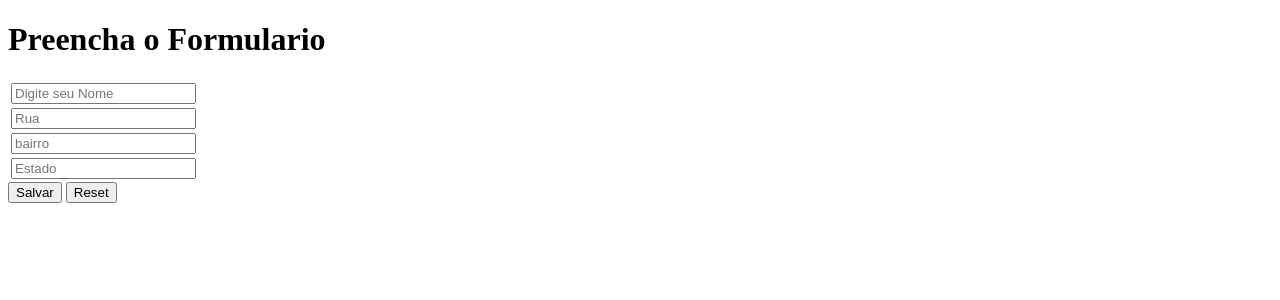
Repository: Fabio2000/Faculdade-Projetos
Page: http://localhost/exercicios/formulario.jsp
These files come from the project's save history. The page is drawn as it stood at one moment and after the next save; the edit follows.
The browser window is 1280 px wide. The pictures show the whole page.
The page is served by Tomcat 9. Other server files are loaded and not shown.

Above is the page before, as saved 2022-09-11 19:50:22.

### exercicios/src/main/webapp/formulario.jsp
<%@ page language="java" contentType="text/html; charset=ISO-8859-1"
    pageEncoding="ISO-8859-1"%>
<!DOCTYPE html>
<html>
<head>
<meta charset="ISO-8859-1">
<title>Formulario</title>
</head>
<body>
<h1>Preencha o Formulario</h1>
	<form name="cadastro">
		<table>
			<tr>
				<td><input type="text" name="nome" placeholder="Digite seu Nome" id="nome"><br></td>
			</tr>
			<tr>
				<td><input type="text" name="rua" placeholder="Rua"><br></td>
			</tr>
			<tr>
				<td><input type="text" name="bairro" placeholder="bairro"><br></td>
			</tr>
			<tr>
				<td><input type="text" name="estado" placeholder="Estado"><br></td>
			</tr>
		</table>
		<button action="dados-cadastrados.jsp">Salvar</button>
		<input type='reset'>
	</form>
</body>
</html>

After the next save:
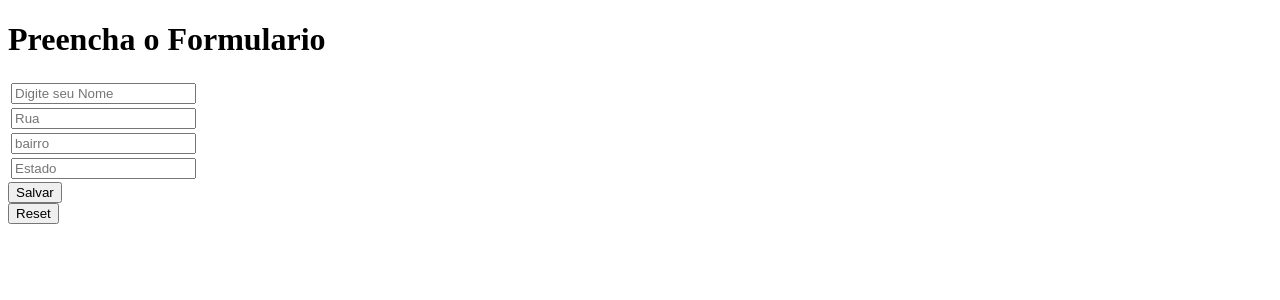
Saved 56 s later.
--- a/exercicios/src/main/webapp/formulario.jsp
+++ b/exercicios/src/main/webapp/formulario.jsp
@@ -23,7 +23,9 @@
 				<td><input type="text" name="estado" placeholder="Estado"><br></td>
 			</tr>
 		</table>
-		<button action="dados-cadastrados.jsp">Salvar</button>
+		<form action="dados-cadastrados.jsp" >
+		<button>Salvar</button>
+		</form>
 		<input type='reset'>
 	</form>
 </body>

After the save that followed:
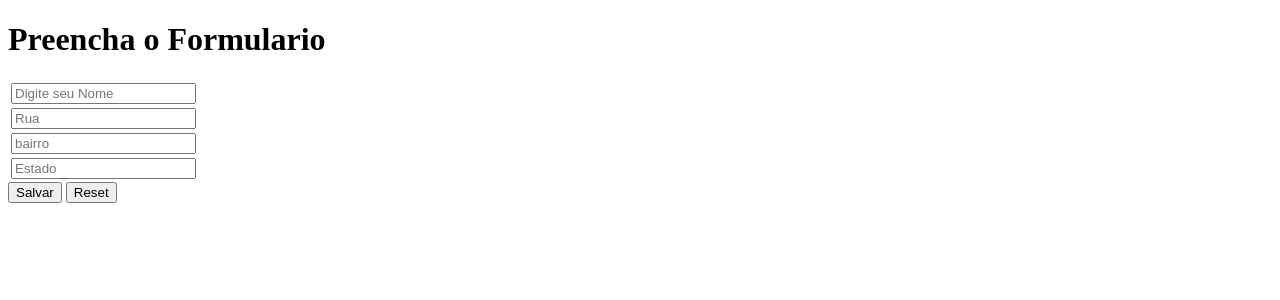
Saved 39 s later.
--- a/exercicios/src/main/webapp/formulario.jsp
+++ b/exercicios/src/main/webapp/formulario.jsp
@@ -23,9 +23,7 @@
 				<td><input type="text" name="estado" placeholder="Estado"><br></td>
 			</tr>
 		</table>
-		<form action="dados-cadastrados.jsp" >
 		<button>Salvar</button>
-		</form>
 		<input type='reset'>
 	</form>
 </body>
